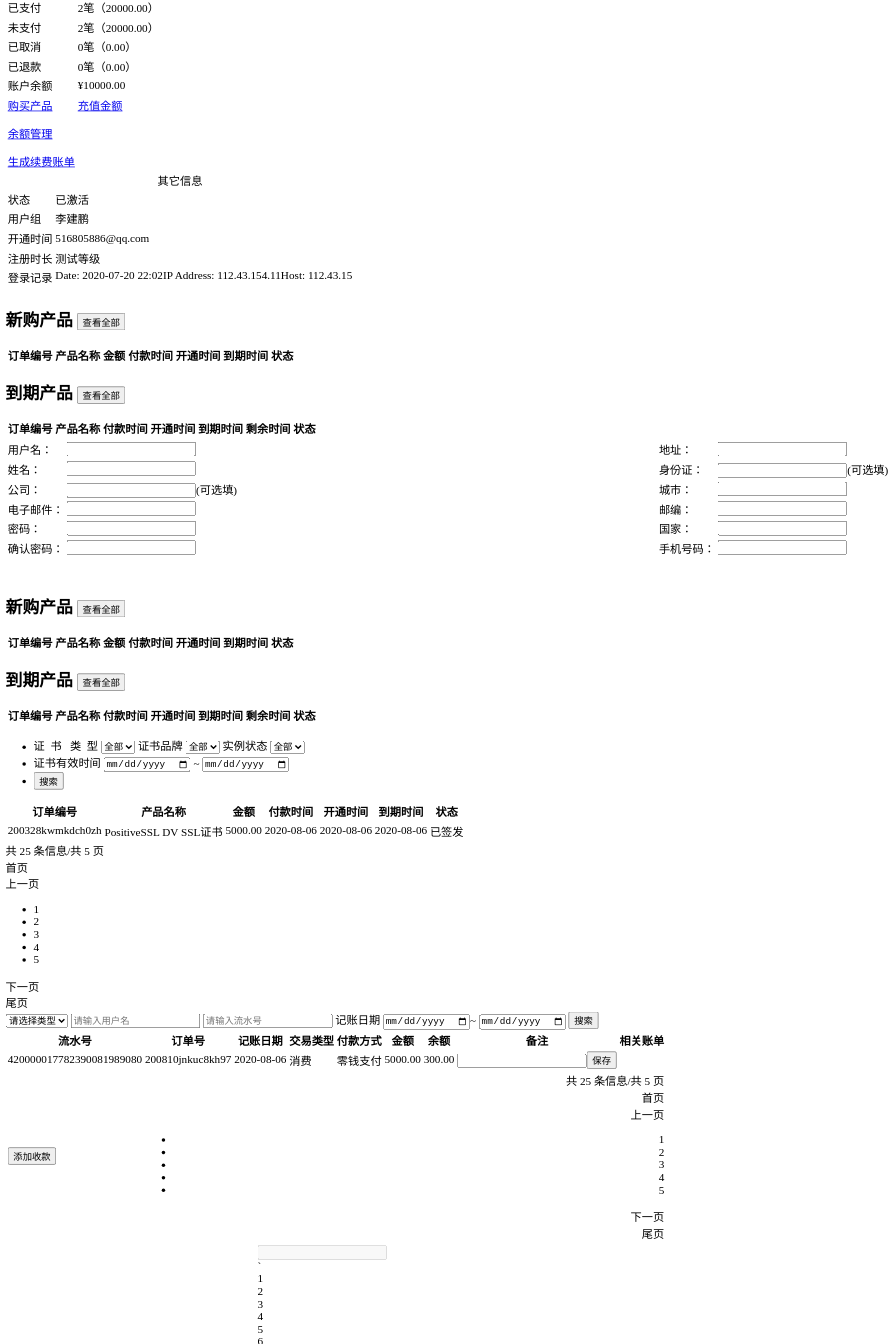
Repository: wangyan466393/racentSystem
Page: customerData.html
These files come from the project's save history. The page is drawn as it stood at one moment and after the next save; the edit follows.
The browser window is 1280 px wide. The pictures show the part of the page from y = 530 to 2450 px (the page is 3417 px tall before and 3493 px after), at 70% of full size.

Above is the page before, as saved 2020-08-13 17:59:31.

After the next save:
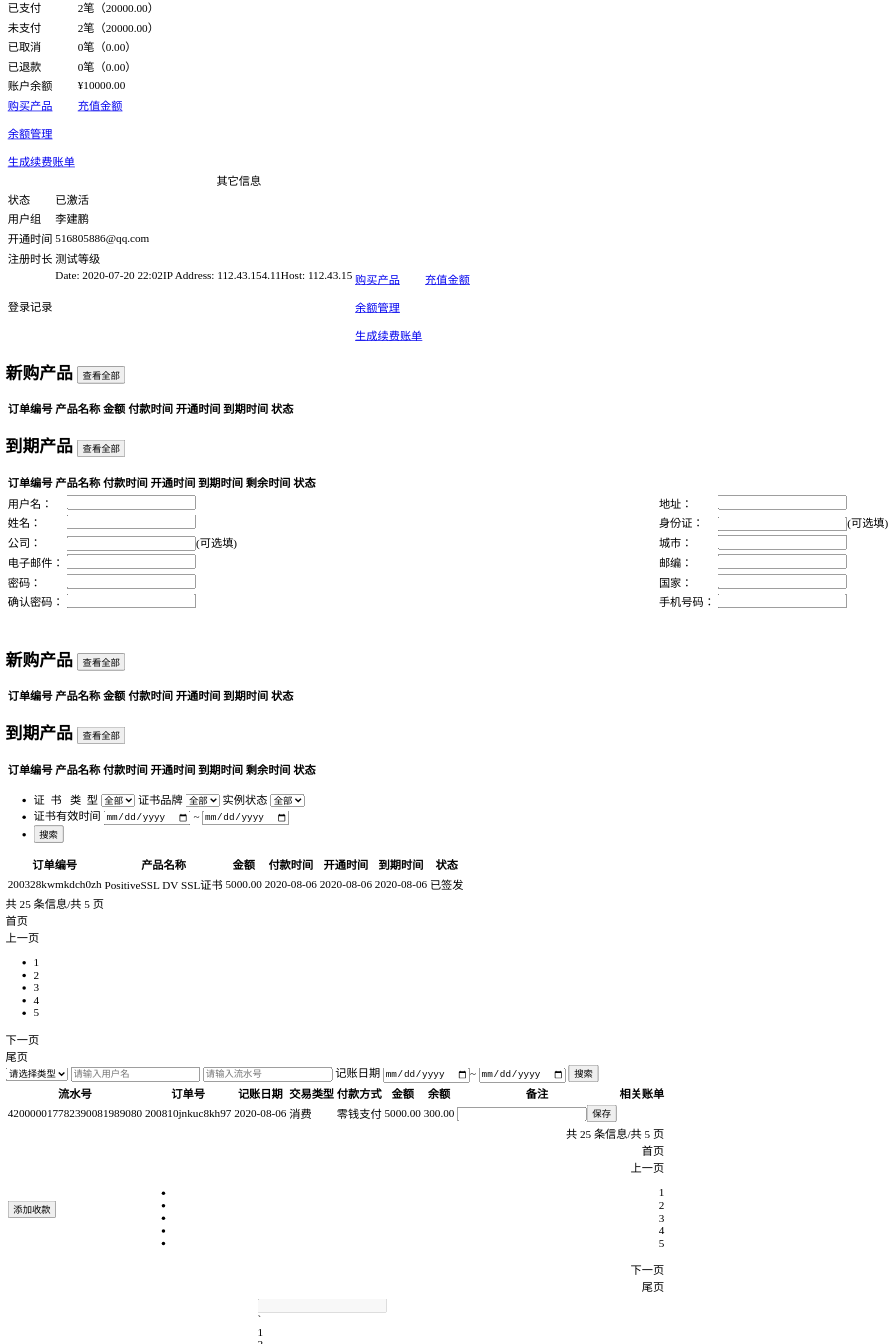
Saved 53 s later.
--- a/customerData.html
+++ b/customerData.html
@@ -132,10 +132,24 @@
                                     <span> Date: 2020-07-20 22:02IP Address: 112.43.154.11Host: 112.43.15</span>
                                 </td>
                             </tr>
-                            <tr></tr>
-                            <tr></tr>
-                            <tr></tr>
-                            <tr></tr>
+                            <tr>
+                                <td rowspan="3" valign="top">
+                                    <p class="shopp">
+                                        <a href="#">购买产品</a>
+                                    </p>
+                                    <p class="remaining">
+                                        <a href="#">余额管理</a>
+                                    </p>
+                                    <p class="renew">
+                                        <a href="#">生成续费账单</a>
+                                    </p>
+                                </td>
+                                <td rowspan="4" valign="top">
+                                    <p class="pay">
+                                        <a href="#">充值金额</a>
+                                    </p>
+                                </td>
+                            </tr>
                         </tbody>
                     </table>
                 </div>
